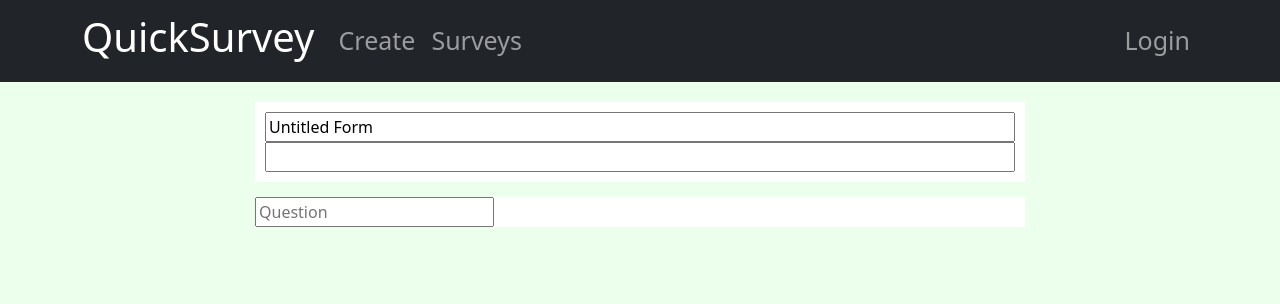
Repository: cakuang1/QuickSurveyReact
Page: /create (app in frontend/)
An editor plug-in stored every save of this project. The page is shown before and after a run of saves, followed by the edit.
The browser window is 1280 px wide. The pictures show the whole page.
The project was rebuilt for these pictures with package versions that can differ from the ones it lists, and the page was loaded fresh each time. Also part of the build but not shown: frontend/src/index.css, frontend/src/pages/home/home.js, frontend/src/pages/pastsurveys/pastsurveys.js, frontend/src/pages/login/login.js, frontend/src/pages/register/register.js.

Above is the page before, as saved 2022-07-29 03:27:52.

### frontend/src/App.js

import Navigation from './components/Nav/Nav';
import {BrowserRouter,Route,Routes} from "react-router-dom";
import Home from "./pages/home/home"
import Create from "./pages/create/create"
import CreatedSurveys from "./pages/pastsurveys/pastsurveys"
import LogRegi from "./pages/login/login"
import Register from "./pages/register/register"




function App() {
  return (
  <BrowserRouter>
    <Navigation/>
    <Routes>
      <Route path='/' element = {<Home/>}></Route>
      <Route path = 'create' element = {<Create/>}></Route>
      <Route path = 'created' element = {<CreatedSurveys/>}></Route>
      <Route path = 'login' element = {<LogRegi/>}></Route>
      <Route path = 'register' element = {<Register/>}></Route>
    </Routes>

  </BrowserRouter>

  );
}

export default App;

### frontend/src/components/Nav/Nav.js
import React,{useState} from "react";
import Nav from 'react-bootstrap/Nav';
import Navbar from 'react-bootstrap/Navbar';

import Container from 'react-bootstrap/Container';
import 'bootstrap/dist/css/bootstrap.min.css';
import {Link} from 'react-router-dom'
import "./nav.css"



export default function Navigation() {
  return (
    <Navbar collapseOnSelect expand="lg" bg="dark" variant="dark">
      <Container>
        <Navbar.Brand as={Link} to="/home">
          <h1>QuickSurvey</h1>
        </Navbar.Brand>
        <Navbar.Toggle aria-controls="responsive-navbar-nav" />
        <Navbar.Collapse id="responsive-navbar-nav">
          <Nav className="me-auto">
            <Nav.Link as={Link} to="/create">Create</Nav.Link>
            <Nav.Link as={Link} to="/created">Surveys</Nav.Link>

          </Nav>
          <Nav>
            <Nav.Link as={Link} to="/login">Login</Nav.Link>
          </Nav>
        </Navbar.Collapse>
      </Container>
    </Navbar>
  );
}

### frontend/src/pages/create/create.js
import React, { useState } from 'react'
import Form from 'react-bootstrap/Form';
import "./create.css"

function SelectBasicExample() {
  return (
    <Form.Select aria-label="Default select example">
      <option>Open this select menu</option>
      <option value="1">One</option>
      <option value="2">Two</option>
      <option value="3">Three</option>
    </Form.Select>
  );
}
function Question() {
  return (
  <div className='questioncontainer'>

    <input placeholder='Question'/>








  </div>
  )



}


export default function Create(){
  const [questions,setQuestions] = useState(1)
  return (
    <div className='outsidecontainer'>
      <div className='titlecontainer'>
        <input className='formtitle' value = "Untitled Form" />
        <input className='formdescription'/>
      </div>
      <Question/>
    </div>
  )
}

### frontend/src/components/Nav/nav.css
.nav-link {
    font-size: 25px;

}

### frontend/src/pages/create/create.css
.titlecontainer {
    background-color: white;
    display: flex;
    flex-direction: column;
    padding: 10px;


}

.outsidecontainer {
    width: 770px;
    margin: auto;
    margin-top: 20px;

}

.questioncontainer {
    background-color: white;
    margin-top: 15px;




}

### frontend/src/pages/login/login.css
.box {
width: 40vw;
min-width: 700px;
min-height: 480px;
border-radius: 10px;
background-color: #fff;
box-shadow: #6a839c33 0 8px 24px;
margin: 50px 10px;
display: flex;
flex-direction: column;
align-items: center;
}

.box2 {

    width: 40vw;
    min-width: 700px;
    min-height: 480px;
    border-radius: 10px;
    background-color: #fff;
    box-shadow: #6a839c33 0 8px 24px;
    margin: 50px 10px;
    display: flex;
    flex-direction: column;
    align-items: center;
    padding-bottom: 100px;



}

.description {
    margin-top: 20px;
    font-size: larger;

}
body {

    background-color: #ecffec;
}

.test {
    display: flex;
    width: 100vw;
    height: 100vh;
    flex-direction: column;
    align-items: center;
    justify-content: center;
    transition: background-color .2s;
}

.loginform {
    display: flex;
    flex-direction: column;
    width: 80%;
    margin-top: 50px;
    margin-bottom: 15px;
}

.loginform input {
    margin-bottom: 40px;
    padding: 18px 18px 18px 40px;
    font-family: GilroyRegular;
    border: 1px solid #c2f3c2;
    border-radius: 8px;
    color: var(--blue);
}

.loginform button {
    outline: none;
    border: none;
    padding: 17px;
    border-radius: 8px;
    font-family: GilroyRegular;

    background-color: #c2f3c2;
    transition: .2s;
    font-size: 20px;


}


.messages {

    width: 80%;
    height: 50px;
    margin: auto;
    text-align: center;
    font-size: 17px;
    font-weight: bold;
    vertical-align: middle;
    line-height: 50px;
}
.messagecontainer {
    width: 100%;
    height: 100px;
}

Loaded but not shown: frontend/public/index.html (common file); frontend/src/index.js (common file)

After the next 2 saves:
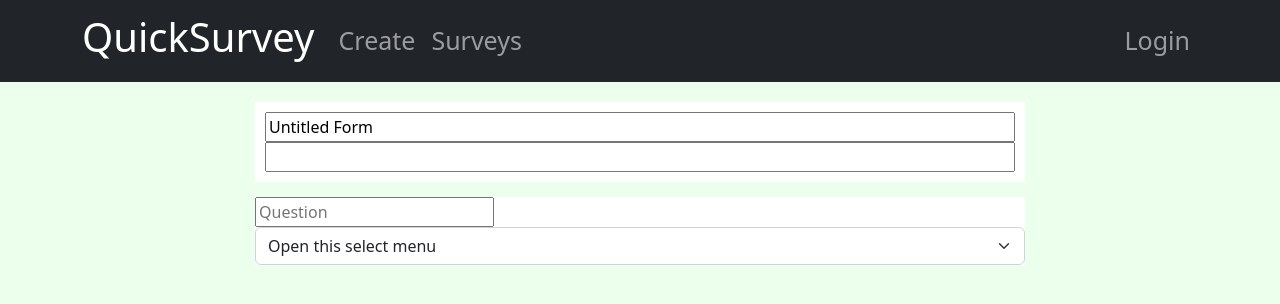
The 2 saves are shown as one change because they came seconds apart.
The last was saved 11 s later.
--- a/frontend/src/pages/create/create.js
+++ b/frontend/src/pages/create/create.js
@@ -17,6 +17,7 @@ function Question() {
   <div className='questioncontainer'>
 
     <input placeholder='Question'/>
+    <SelectBasicExample/>
 
 
 
